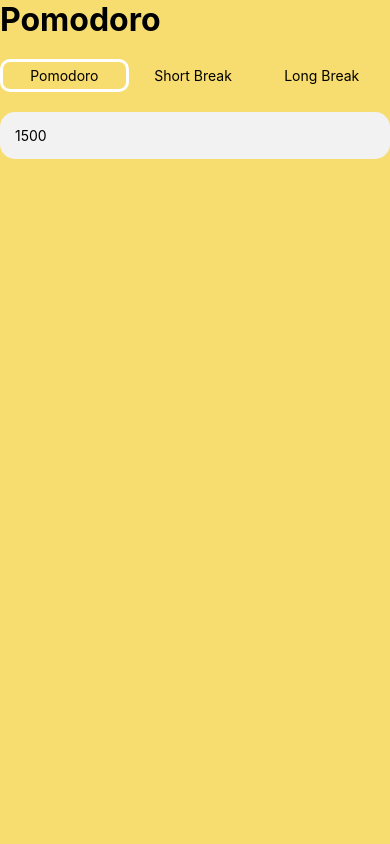
Repository: rchavarria77/pomodoro-app
Screen: /
An editor plug-in stored every save of this project. The screen is shown before and after the next save, followed by the edit.
The app was drawn by React Native's web renderer in a window 390 px wide. The project was rebuilt for these pictures with package versions that can differ from the ones it lists, and the page was loaded fresh each time.

Above is the screen before, as saved 2024-02-01 00:58:16.

### App.js
import { useState } from 'react';
import { Platform, SafeAreaView, StyleSheet, Text, View } from 'react-native';
import { Header } from './src/components/Header';
import { Timer } from './src/components/Timer';

const colors = ['#F7DC6F', '#A2D9CE', '#D7BDE2'];

export default function App() {
  const [isWorking, setIsWorking] = useState(false);
  const [time, setTime] = useState(25 * 60);
  const [currentTime, setCurrentTime] = useState('POMO' | 'SHORT' | 'BREAK');

  return (
    <SafeAreaView
      style={[styles.container, { backgroundColor: colors[currentTime] }]}
    >
      <View style={{ paddingTop: Platform.OS === 'android' && 30 }}>
        <Text style={styles.text}>Pomodoro</Text>
        <Header
          setTime={setTime}
          currentTime={currentTime}
          setCurrentTime={setCurrentTime}
        />
        <Timer time={time} />
      </View>
    </SafeAreaView>
  );
}

const styles = StyleSheet.create({
  container: {
    flex: 1,
  },
  text: { fontSize: 32, fontWeight: 'bold' },
});

### src/components/Header.jsx
import { StyleSheet, Text, TouchableOpacity, View } from 'react-native';

const options = ['Pomodoro', 'Short Break', 'Long Break'];

export const Header = ({ setTime, currentTime, setCurrentTime }) => {
  const handlePress = (index) => {
    const newTime = index === 0 ? 25 : index === 1 ? 5 : 15;
    setCurrentTime(index);
    setTime(newTime * 60);
  };

  return (
    <View style={{ flexDirection: 'row' }}>
      {options.map((option, i) => (
        <TouchableOpacity
          key={i}
          style={[
            styles.itemStyle,
            currentTime !== i && { borderColor: 'transparent' },
          ]}
          onPress={() => handlePress(i)}
        >
          <Text>{option}</Text>
        </TouchableOpacity>
      ))}
    </View>
  );
};

const styles = StyleSheet.create({
  itemStyle: {
    width: '33%',
    borderWidth: 3,
    padding: 5,
    borderColor: 'white',
    marginVertical: 20,
    borderRadius: 10,
    alignItems: 'center',
  },
});

### src/components/Timer.jsx
import { StyleSheet, Text, View } from 'react-native';

export const Timer = ({ time }) => {
  return (
    <View style={styles.container}>
      <Text>{time}</Text>
    </View>
  );
};

const styles = StyleSheet.create({
  container: {
    backgroundColor: '#F2F2F2',
    padding: 15,
    borderRadius: 15,
  },
});

After the next save:
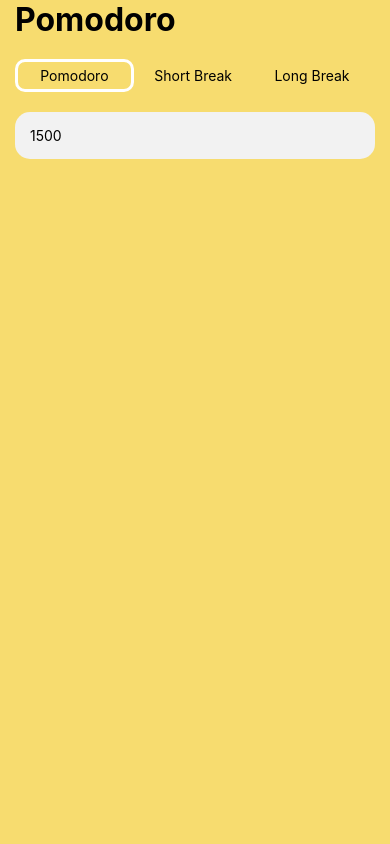
Saved 30 s later.
--- a/App.js
+++ b/App.js
@@ -14,7 +14,12 @@ export default function App() {
     <SafeAreaView
       style={[styles.container, { backgroundColor: colors[currentTime] }]}
     >
-      <View style={{ paddingTop: Platform.OS === 'android' && 30 }}>
+      <View
+        style={{
+          paddingHorizontal: 15,
+          paddingTop: Platform.OS === 'android' && 30,
+        }}
+      >
         <Text style={styles.text}>Pomodoro</Text>
         <Header
           setTime={setTime}
